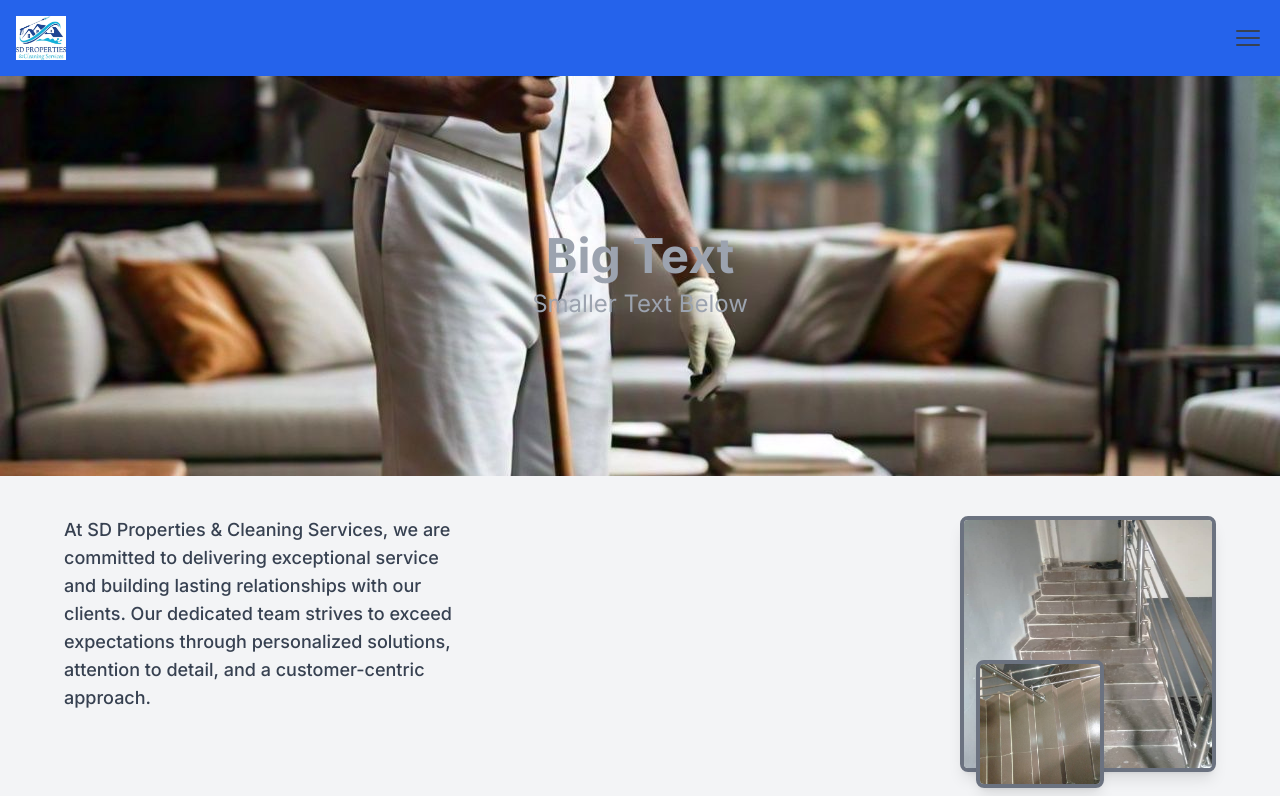
Repository: devmskhan/sdpropandclean
Page: /
An editor plug-in stored every save of this project. The page is shown before and after a run of saves, followed by the edit.
The browser window is 1280 px wide. The pictures show the whole page.
The project was rebuilt for these pictures with package versions that can differ from the ones it lists, and the page was loaded fresh each time. The framework's server and built-in components were replaced by stand-ins that run in the browser. Also part of the build but not shown: next.config.mjs.

Above is the page before, as saved 2024-09-03 12:23:16.

### app/layout.tsx
import type { Metadata } from "next";
import { Inter } from "next/font/google";
import "./globals.css";

const inter = Inter({ subsets: ["latin"] });

export const metadata: Metadata = {
  title: "SD Properties & Cleaning",
  description: "Provision of Houses and Cleanliness of Homes is our apex goal",
};

export default function RootLayout({
  children,
}: Readonly<{
  children: React.ReactNode;
}>) {
  return (
    <html lang="en">
      <body className={inter.className}>{children}</body>
    </html>
  );
}

### app/page.tsx
import Header from '../components/Header';
import Body from '../components/Body';

export default function Home() {
  return (
    <main className="min-h-screen bg-gray-200">
      <Header />
      <Body />
    </main>
  );
}

### components/Header.tsx
import Image from "next/image";
import { Bars3Icon } from '@heroicons/react/24/solid'


function Header() {
    return (
        <header className="sticky top-0 flex justify-between items-center p-4 bg-blue-600 shadow-md">
      {/* Logo on the top left */}
      <div className="flex items-center">
        <Image
          src="/sdlogo.jpg"
          alt="Logo"
          width={50}
          height={50}
          className="cursor-pointer"
        />
      </div>

      {/* Triple line (hamburger) icon on the top right */}
      <div className="cursor-pointer">
        <Bars3Icon className="h-8 w-8 text-gray-700" />
      </div>
    </header>
    )
}

export default Header;

### components/Body.tsx



function Body() {
    return (
        <div>
            <div className="relative w-full h-[400px] bg-cover bg-center text-gray-400"
         style={{ backgroundImage: 'url("/pic1.jpg")' }}>
      <div className="absolute inset-0 flex flex-col justify-center items-center text-center">
        {/* Larger Text */}
        <h1 className="text-5xl font-bold mb-2">
          Big Text
        </h1>
        {/* Smaller Text */}
        <p className="text-2xl">
          Smaller Text Below
        </p>
      </div>
    </div>

    <div>

    </div>

      <div className="flex justify-between p-6 bg-gray-100">
  <div className="max-w-md text-left mr-12"> {/* Increased margin-right for larger space */}
    <p className="text-lg font-medium text-gray-700 mt-4 ml-10">
      At SD Properties & Cleaning Services, we are committed to delivering exceptional service and building lasting relationships with our clients. Our dedicated team strives to exceed expectations through personalized solutions, attention to detail, and a customer-centric approach.
    </p>
  </div>
  <div className="relative mt-4 mr-10">
  <img src="stairsb.jpg" alt="Top Image" className="w-64 h-64 rounded-lg shadow-lg border-gray-500 border-solid border-4" />
  <img src="stairsaft.jpg" alt="Bottom Image" className="absolute bottom-0 left-0 w-32 h-32 rounded-lg shadow-lg transform translate-x-4 translate-y-4 border-gray-500 border-solid border-4" />
  </div>
</div>


        </div>


    )
}

export default Body;

Loaded but not shown: app/globals.css (common file); tailwind.config.ts (common file)

After the next 4 saves:
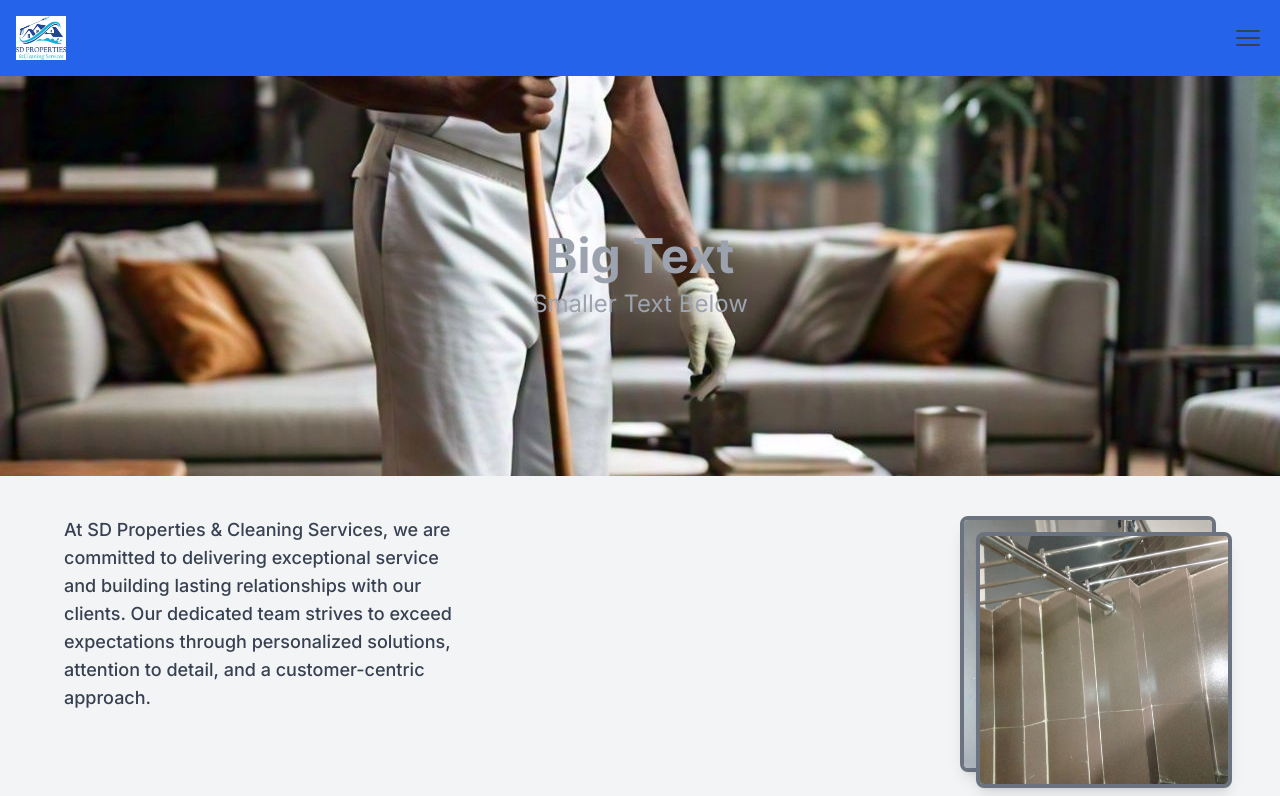
The 4 saves are shown as one change because they came seconds apart.
The last was saved 88 s later.
--- a/components/Body.tsx
+++ b/components/Body.tsx
@@ -30,7 +30,7 @@ function Body() {
   </div>
   <div className="relative mt-4 mr-10">
   <img src="stairsb.jpg" alt="Top Image" className="w-64 h-64 rounded-lg shadow-lg border-gray-500 border-solid border-4" />
-  <img src="stairsaft.jpg" alt="Bottom Image" className="absolute bottom-0 left-0 w-32 h-32 rounded-lg shadow-lg transform translate-x-4 translate-y-4 border-gray-500 border-solid border-4" />
+  <img src="stairsaft.jpg" alt="Bottom Image" className="absolute bottom-0 left-0 w-64 h-64 rounded-lg shadow-lg transform translate-x-4 translate-y-4 border-gray-500 border-solid border-4" />
   </div>
 </div>
 
